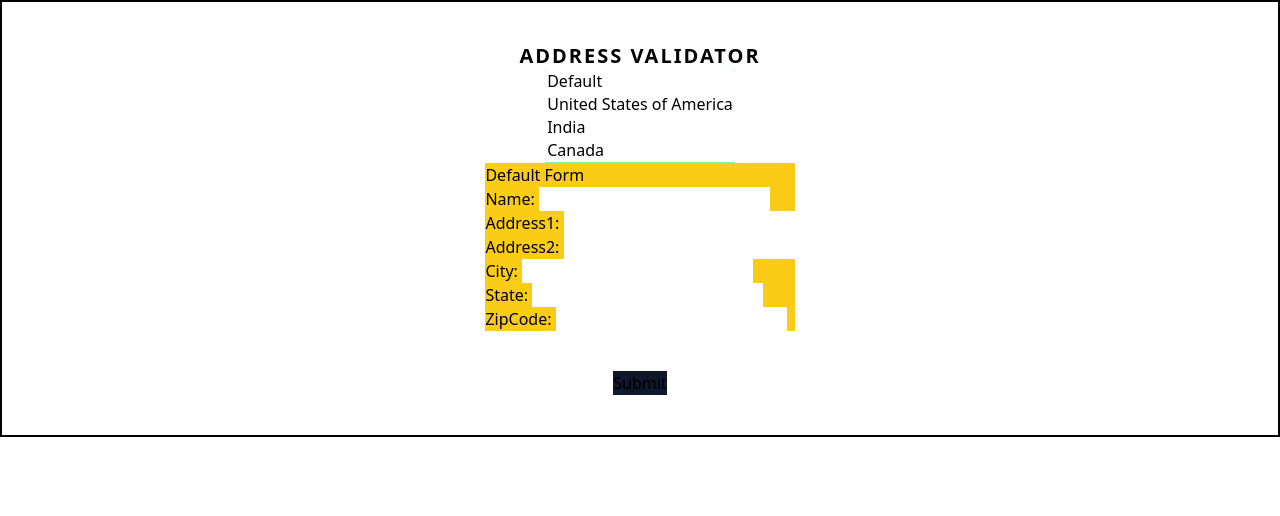
Repository: jay-singhvi/SWArchDesign_TeamProject
Page: / (app in frontend/address-validation/)
An editor plug-in stored every save of this project. The page is shown before and after the next save, followed by the edit.
The browser window is 1280 px wide. The pictures show the whole page.
The project was rebuilt for these pictures with package versions that can differ from the ones it lists, and the page was loaded fresh each time. Also part of the build but not shown: frontend/address-validation/src/App.css.

Above is the page before, as saved 2023-03-07 13:46:43.

### frontend/address-validation/src/App.js

import './App.css';
import React, { useState, setState } from 'react';

// React component for creating and sending POST request
function App() {

  // variables to handle the Request and Response
  const [countryList, setCountryList] = useState("");
  const [formData, setFormData] = useState(null);
  const [responseData, setResponseData] = useState(null);

  // Set of Counries under consideration
  const countries = [
    { name: "Default"},
    { name: "United States of America"},
    { name: "India"},
    { name: "Canada"}
  ];

  // Function to render form based on Countries
  function renderForm() {
    if (countryList.length === 1) {
      console.log(countryList)
        if(countryList.includes("United States of America"))
          return <USAForm setFormData={setFormData} />;
        else if(countryList.includes("India"))
          return <IndiaForm setFormData={setFormData} />;
        else if(countryList.includes("Canada"))
          return <CanadaForm setFormData={setFormData} />;
        else
          return <DefaultForm setFormData={setFormData} />;
    }
    // Renders form for multiple selected countries
    else {
      return <DefaultForm setFormData={setFormData} />
    }
  }

  // Handles selected country and set ths
  function handleSelectedCountry(event) {
    const selectedOptions = Array.from(event.target.selectedOptions);
    const selectedValues = selectedOptions.map(option => option.value);
    setCountryList(selectedValues);
  }

  // Finds address based on the form data
  async function findAddress(event) {
    event.preventDefault();

    // If only one country is selected
    if(countryList.length === 1) {

      //If selected country id default then send country field empty in JSON request
      if(countryList[0] === 'Default')
      {
        countryList[0] = ''
      }
      const updatedFormData = {...formData, "Country": countryList[0]};

      // If form data has Name attribute then search based on name and country
      if(formData !== null && formData.Name !== null){
        try {
          const response = await fetch("http://localhost:5000/api/searchCountriesByClient", {
            method: "POST",
            headers: {
              "Content-Type": "application/json",
            },
            body: JSON.stringify(updatedFormData),
          });

          const data = await response.json();
          setResponseData(data);
        } catch (error) {
          console.error(error);
          setResponseData({ error: "An error occurred" });
        }
      }

      //If name is not mentioned then populate all addresses for that country based on JSON request
      else {
        try {
          const response = await fetch("http://localhost:5000/api/searchCountry", {
            method: "POST",
            headers: {
              "Content-Type": "application/json",
            },
            body: JSON.stringify(updatedFormData),
          });

          const data = await response.json();
          setResponseData(data);
        } catch (error) {
          console.error(error);
          setResponseData({ error: "An error occurred" });
        }
      }
    }
    //If more one country is selected then send the list of countries with JSON request
    else if(countryList.length > 1){
      const updatedFormData = {...formData, "Country": countryList};

      try {
        const response = await fetch("http://localhost:5000//api/searchCountries", {
          method: "POST",
          headers: {
            "Content-Type": "application/json",
          },
          body: JSON.stringify(updatedFormData),
        });

        const data = await response.json();
        setResponseData(data);
      } catch (error) {
        console.error(error);
        setResponseData({ error: "An error occurred" });
      }
    }
    // If only name is mentioned then look for that name in all countries
    else if(formData !== null && formData.Name !== null){
      try {
        const response = await fetch("http://localhost:5000/api/searchCountriesByClient", {
          method: "POST",
          headers: {
            "Content-Type": "application/json",
          },
          body: JSON.stringify(formData),
        });

        const data = await response.json();
        setResponseData(data);
      } catch (error) {
        console.error(error);
        setResponseData({ error: "An error occurred" });
      }
    }
    setFormData({});
  }

  // Give all the options of countries to user for selection
  return (
    <div className=' items-center justify-between min-h-screen  '>
    <div className='  py-10 flex flex-col items-center border-2 border-black'>
      <h1 className=' uppercase tracking-widest font-bold text-xl'>Address Validator</h1>
      <div className=' bg-green-300'>
        <select multiple value={countryList} onChange={handleSelectedCountry}>
          {countries.map((country) => (
            <option key={country.name} value={country.name}>
              {country.name}
            </option>
          ))}
        </select>
      </div>

      {renderForm()}

      <button type="submit" onClick={findAddress} className=" mt-10 bg-slate-900 cursor-pointer">
          Submit
        </button>

      {responseData && (
        <div>
          <h2>Post Result:</h2>
          <pre>{JSON.stringify(responseData, null, 2)}</pre>
        </div>
      )}
      </div>
    </div>

  );
}

// React component to render USA specific form
function USAForm({setFormData}) {
  const [formValues, setFormValues] = useState({});
  function updateForm(event) {
    setFormValues({
      ...formValues,
      [event.target.name]: event.target.value,
    });
    setFormData({
      ...formValues,
      [event.target.name]: event.target.value,
    });
  }

  return (
    <div>
      <form>
        <h2>United States Form</h2>
        Name: <input type="text" name="Name" onChange={updateForm} />
        <br/>
        Address1: <input type="text" name="Address1" onChange={updateForm} />
        <br/>
        Address2: <input type="text" name="Address2" onChange={updateForm} />
        <br/>
        City: <input type="text" name="City" onChange={updateForm} />
        <br/>
        State: <input type="text" name="State" onChange={updateForm} />
        <br/>
        ZipCode: <input type="text" name="Zipcode" onChange={updateForm} />
        <br/>
      </form>
    </div>
  );
}

// React component to render Canada specific form
function CanadaForm({setFormData}) {
  const [formValues, setFormValues] = useState({});
  function updateForm(event) {
    setFormValues({
      ...formValues,
      [event.target.name]: event.target.value,
    });
    setFormData({
      ...formValues,
      [event.target.name]: event.target.value,
    });
  }

  return (
    <div>
      <form>
        <h2>Canada Form</h2>
        Name: <input type="text" name="Name" onChange={updateForm} />
        <br/>
        Address1: <input type="text" name="Address1" onChange={updateForm} />
        <br/>
        Address2: <input type="text" name="Address2" onChange={updateForm} />
        <br/>
        City: <input type="text" name="City" onChange={updateForm} />
        <br/>
        Province: <input type="text" name="State" onChange={updateForm} />
        <br/>
        Postalcode: <input type="text" name="ZipCode" onChange={updateForm} />
      </form>
    </div>
  );
}

// React component to render India specific form
function IndiaForm({setFormData}) {
  const [formValues, setFormValues] = useState({});
  function updateForm(event) {
    setFormValues({
      ...formValues,
      [event.target.name]: event.target.value,
    });
    setFormData({
      ...formValues,
      [event.target.name]: event.target.value,
    });
  }

  return (
    <div>
      <form>
        <h2>India Form</h2>
        Name: <input type="text" name="Name" onChange={updateForm} />
        <br/>
        Street Address: <input type="text" name="Address1" onChange={updateForm} />
        <br/>
        Address2: <input type="text" name="Address2" onChange={updateForm} />
        <br/>
        City: <input type="text" name="City" onChange={updateForm} />
        <br/>
        State: <input type="text" name="State" onChange={updateForm} />
        <br/>
        Pincode: <input type="text" name="ZipCode" onChange={updateForm} />
        <br/>
      </form>
    </div>
  );
}

// React component to render default form
function DefaultForm({setFormData}) {

  const [formValues, setFormValues] = useState({});
  function updateForm(event) {
    setFormValues({
      ...formValues,
      [event.target.name]: event.target.value,
    });
    setFormData({
      ...formValues,
      [event.target.name]: event.target.value,
    });
  }

  return (
    <div className='  bg-yellow-400'>
      <h2>Default Form</h2>
        Name: <input type="text" name="Name" onChange={updateForm} />
        <br/>
        Address1: <input type="text" name="Address1" onChange={updateForm} />
        <br/>
        Address2: <input type="text" name="Address2" onChange={updateForm} />
        <br/>
        City: <input type="text" name="City" onChange={updateForm} />
        <br/>
        State: <input type="text" name="State" onChange={updateForm} />
        <br/>
        ZipCode: <input type="text" name="Zipcode" onChange={updateForm} />
        <br/>
    </div>
  );
}

export default App;

Loaded but not shown: frontend/address-validation/public/index.html (common file); frontend/address-validation/src/index.js (common file); frontend/address-validation/src/index.css (common file); frontend/address-validation/src/reportWebVitals.js (common file); frontend/address-validation/tailwind.config.js (common file)

After the next save:
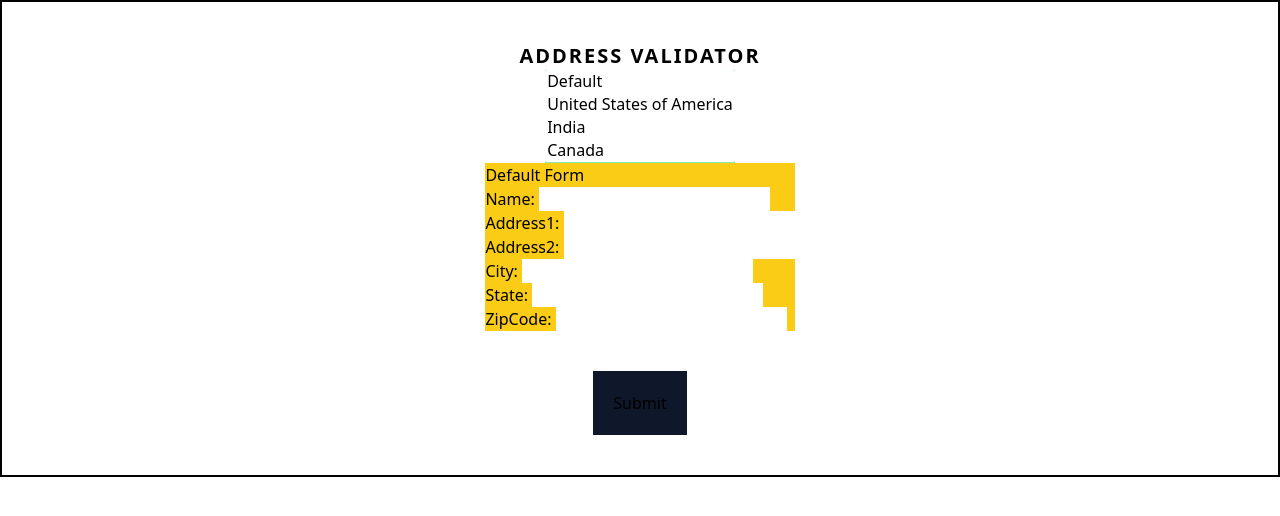
Saved 5 s later.
--- a/frontend/address-validation/src/App.js
+++ b/frontend/address-validation/src/App.js
@@ -154,7 +154,7 @@ function App() {
 
       {renderForm()}
 
-      <button type="submit" onClick={findAddress} className=" mt-10 bg-slate-900 cursor-pointer">
+      <button type="submit" onClick={findAddress} className=" mt-10 bg-slate-900 cursor-pointer p-5">
           Submit
         </button>
 
